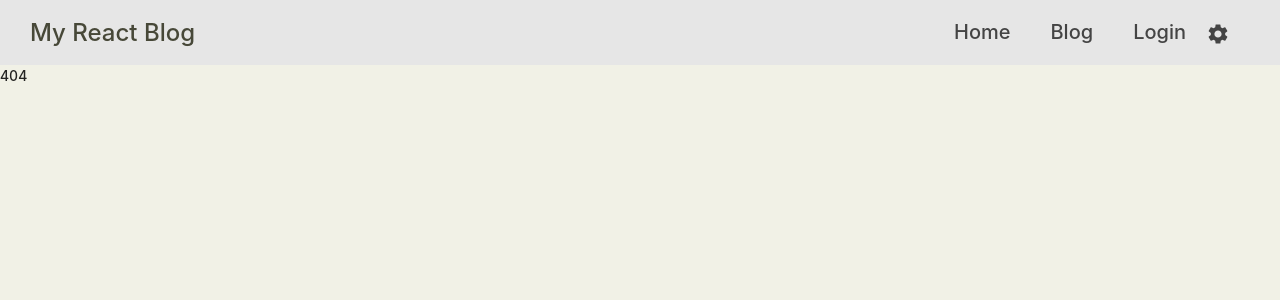
Repository: Kaycee-attah/react_blog
Page: /
An editor plug-in stored every save of this project. The page is shown before and after the next save, followed by the edit.
The browser window is 1280 px wide. The pictures show the whole page.
The project was rebuilt for these pictures with package versions that can differ from the ones it lists, and the page was loaded fresh each time.

Above is the page before, as saved 2021-10-09 21:40:08.

After the next save:
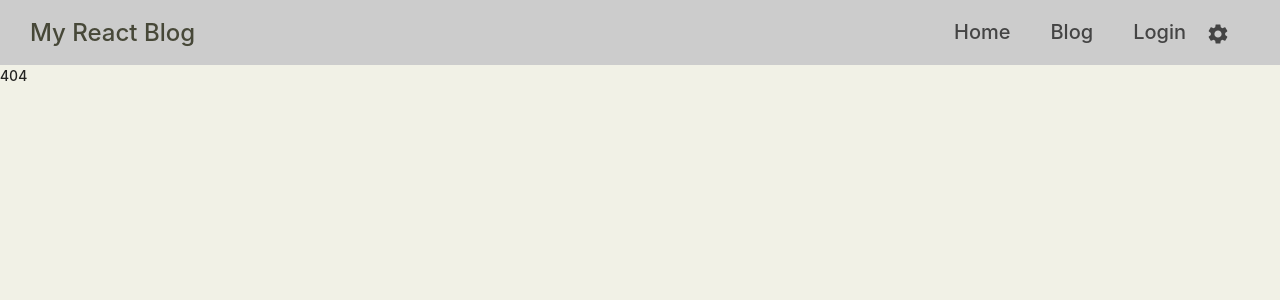
Saved 80 s later.
--- a/src/assets/scss/_variables.scss
+++ b/src/assets/scss/_variables.scss
@@ -5,7 +5,7 @@ $text-color: #65312F;
 $input-type-checkbox-Checked: #f8f8f8;
 $navigation-link-color-onHover: #2997ff;
 $navigation-link-color: #444;
-$navigation-background-color: #e6e6e6;
+$navigation-background-color: #cccccc;
 $settings-dropDown-Menu-Card-backGroundColor: #f8f8f8;
 $settings-dropDown-Menu-backGroundColor: white;
 $toggle-checkbox-darkMode-backgroundColor: #092c3e;
